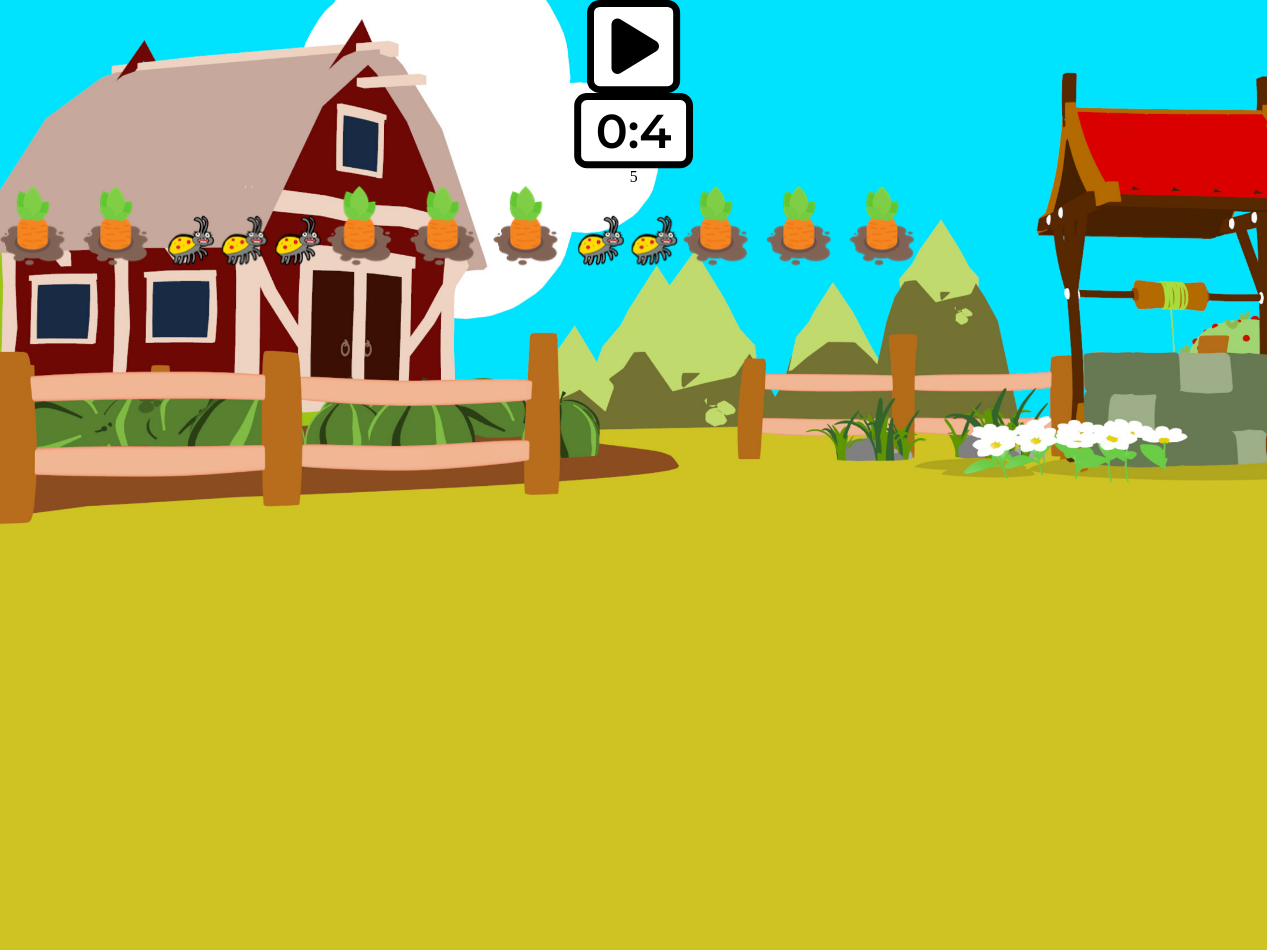
Repository: sephinejo/Mini-carrot-game
Page: index.html
An editor plug-in stored every save of this project. The page is shown before and after the next save, followed by the edit.
The browser window is 1280 px wide. The pictures show the whole page, at 99% of full size.
Some web fonts or font styles are not loaded; a fallback is used. Some web libraries are served in a nearby version.

Above is the page before, as saved 2023-05-14 21:36:46.

After the next save:
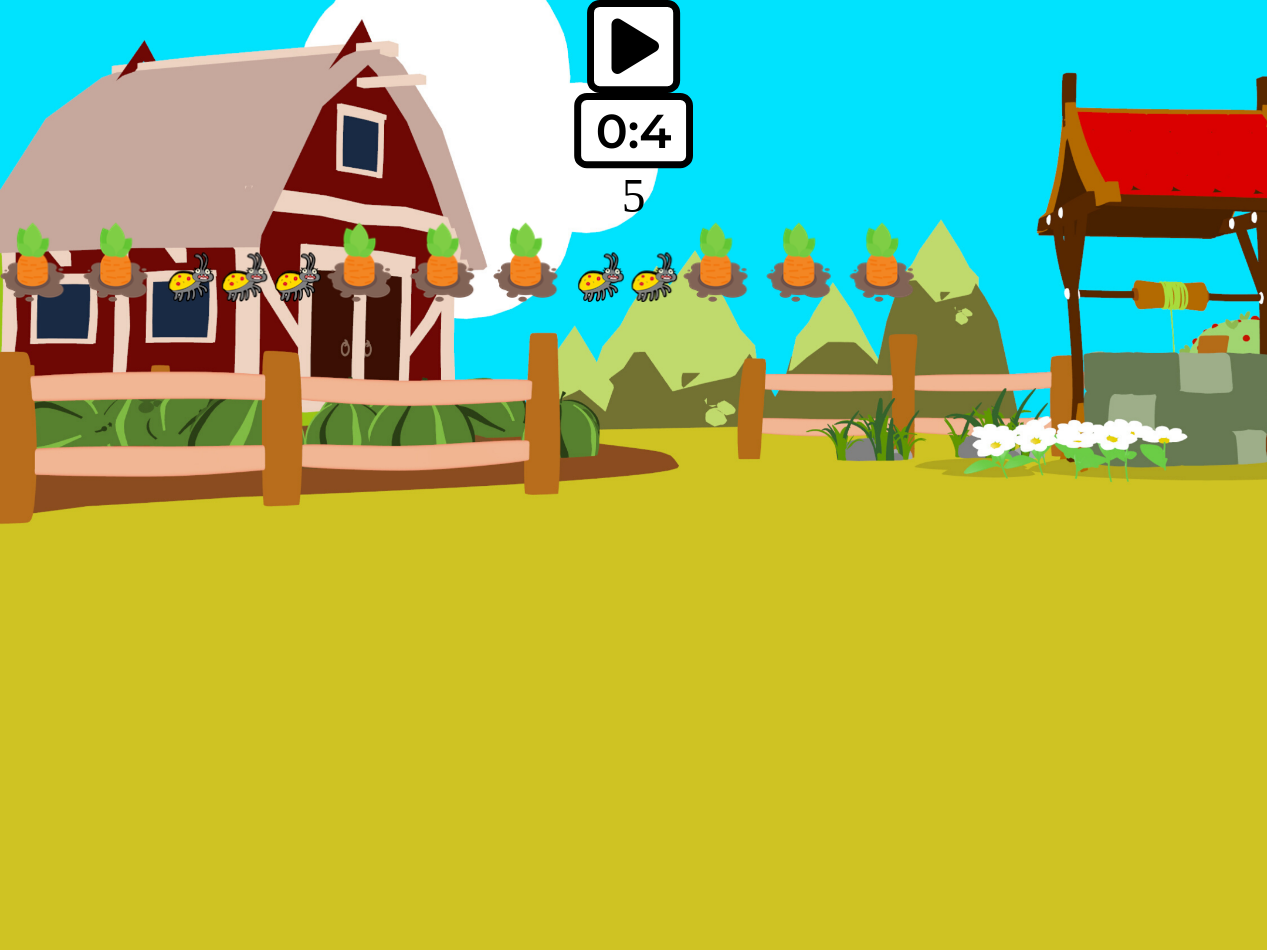
Saved 31 s later.
--- a/style.css
+++ b/style.css
@@ -36,3 +36,7 @@ body {
   background-color: white;
   padding: 0.1rem 0.9rem;
 }
+
+.info__counter {
+  font-size: 3rem;
+}
